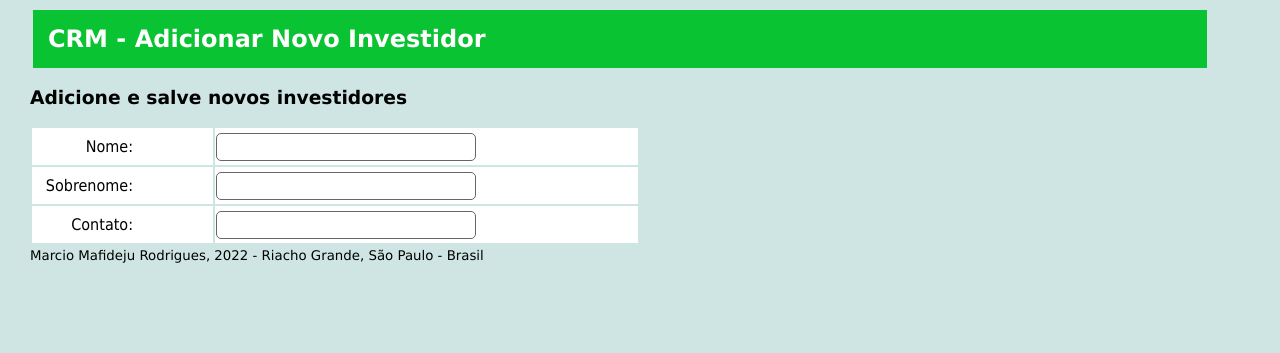
Repository: mafideju/CustomerTracker
Page: http://localhost/web-customer-tracker/WEB-INF/view/customer-form.jsp
These files come from the project's save history. The page is drawn as it stood at one moment and after the next save; the edit follows.
The browser window is 1280 px wide. The pictures show the whole page.
The page is served by Tomcat 9. Nobody is signed in. Other server files are loaded and not shown. The template is opened directly, without the code that normally fills it, so the values that code supplies are empty.

Above is the page before, as saved 2022-01-26 12:41:56.

### web-customer-tracker/WebContent/WEB-INF/view/customer-form.jsp
<%@ taglib uri="http://www.springframework.org/tags/form" prefix="form" %>

<!DOCTYPE html>
<html>
	<head>
		<title>Salvar Investidores</title>
		<link type="text/css" rel="stylesheet" href="${pageContext.request.contextPath}/resources/css/style.css">
		<link type="text/css" rel="stylesheet" href="${pageContext.request.contextPath}/resources/css/add-customer-style.css">
	</head>

	<body>
		<main>

			<div id="wrapper">
				<div id="header">
					<h2>CRM - Adicionar Novo Investidor</h2>
				</div>
			</div>

			<div id="container">
				<h3>Adicione e salve novos investidores</h3>
				<form:form action="saveCustomer" modelAttribute="customer" method="POST">
					<table>
						<tbody>
						<tr>
							<td><label>Nome: </label></td>
							<td><form:input path="firstName"/></td>
						</tr>
						<tr>
							<td><label>Sobrenome: </label></td>
							<td><form:input path="lastName"/></td>
						</tr>
						<tr>
							<td><label>Contato: </label></td>
							<td><form:input path="email"/></td>
						</tr>
						</tbody>
					</table>
				</form:form>
			</div>

		</main>
		<footer>
			<small>Marcio Mafideju Rodrigues, 2022 - Riacho Grande, São Paulo - Brasil</small>
		</footer>
	</body>
</html>

### web-customer-tracker/WebContent/resources/css/style.css
html, body{
	margin-left:15px;
	margin-right:15px;
	padding:0px;
	font-family:Verdana, Arial, Helvetica, sans-serif;
	background-color: #cee5e4;
}

table {
	border-radius: 15px;
	border-bottom:1px solid gray;
	font-family: Tahoma,Verdana,Segoe,sans-serif;
	width:100%;
}

th {
	border-bottom:1px solid gray;
	background:none repeat scroll 0 0 #09c332;
	padding:10px;
	color: #FFFFFF;
	border-radius: 5px;
}

tr {
	border-top:1px solid gray;
	text-align:center;
}

tr:nth-child(even) {background: #FFFFFF;}
tr:nth-child(odd) {background: #BBBBBB;}

.add-button {
	border: 1px solid #666;
	border-radius: 5px;
	padding: 4px;
	font-size: 12px;
	font-weight: bold;
	width: 120px;
	padding: 5px 10px;
	margin-bottom: 15px;
	background: #cccccc;
}

#wrapper {
	width: 100%;
	margin-top: 0px;
}

#header {
	width: 95%;
	background: #09c332;
	margin-left: 3px;
	margin-top: 10px;
	padding:15px 0px 15px 15px;
}

#header h2 {
	width: 100%;
	margin:auto;
	color: #FFFFFF;
}

#container {
	width: 100%;
	margin: auto
}

#container h3 {
	color: #000;
}

#container #content {
	margin-top: 10px;
}

Loaded but not shown: web-customer-tracker/WebContent/resources/css/add-customer-style.css (common file)

After the next save:
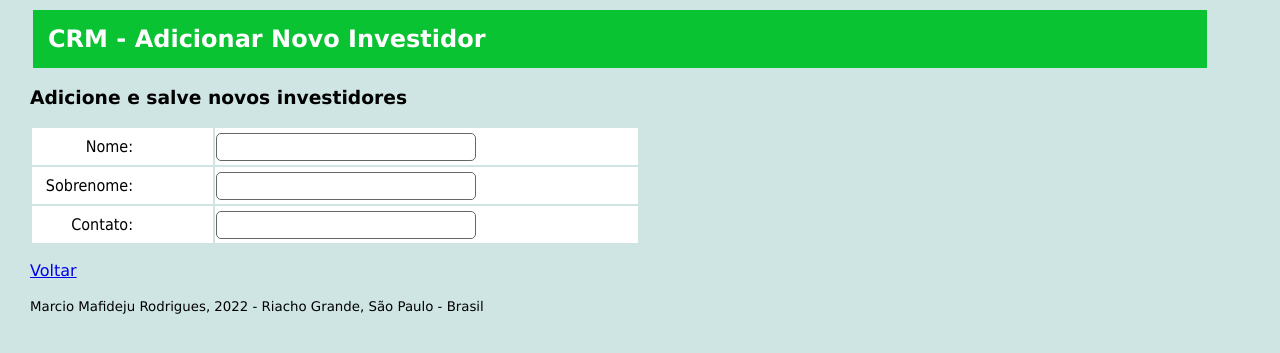
Saved 6 min 5 s later.
--- a/web-customer-tracker/WebContent/WEB-INF/view/customer-form.jsp
+++ b/web-customer-tracker/WebContent/WEB-INF/view/customer-form.jsp
@@ -37,6 +37,8 @@
 						</tbody>
 					</table>
 				</form:form>
+				<div style="clear; both"></div>
+				<p><a href="${pageContext.request.contextPath}/customer/list">Voltar</a></p>
 			</div>
 
 		</main>
